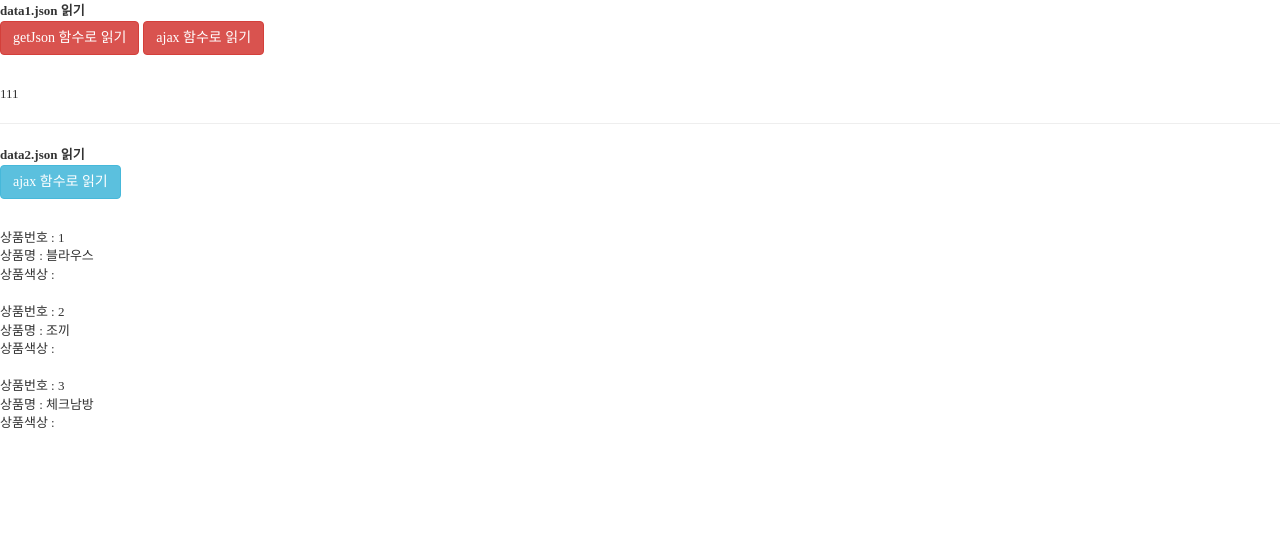
Repository: Juheekim1207/Javawork
Page: WebProjectEx1/src/main/webapp/day0419/Ex1ReadJson.html
The author's editor kept a copy of each file at every save. The page is drawn from the files as they stood at one save, then again after the next save.
The browser window is 1280 px wide. The pictures show the whole page.
After loading, the first visible `#btn3` was clicked once.
Some web fonts or font styles are not loaded; a fallback is used.

Above is the page before, as saved 2022-04-19 05:13:42.

### WebProjectEx1/src/main/webapp/day0419/Ex1ReadJson.html
<!DOCTYPE html>
<html>
<head>
<meta charset="UTF-8">
<title>Insert title here</title>
<link rel="stylesheet" href="https://maxcdn.bootstrapcdn.com/bootstrap/3.4.1/css/bootstrap.min.css">
<script src="https://code.jquery.com/jquery-3.5.0.js"></script>
<link href="https://fonts.googleapis.com/css2?family=Gamja+Flower&family=Jua&family=Lobster&family=Nanum+Brush+Script&display=swap" rel="stylesheet">

<style type="text/css">
	body * {
	font-size: 1.3rem;
	font-family: 'Jua';
	}
</style>
<script type="text/javascript">
	$(function() {
		$("#btn1").click(function(){
			$.getJSON("data1.json", function(data) {
				var s = "이름 : " + data.name + "<br>";
					s +=  "주소 : " + data.addr + "<br>";
					$("#out1").html(s);
			});
		});

		$("#btn2").click(function(){
			$.ajax({
				type:"get",
				url:"data1.json",
				dataType:"json",
				success:function(data){
					var s = "Name : " + data.name + "<br>";
						s +=  "Address : " + data.addr + "<br>";
						$("#out1").html(s);
				}
			});
		});

		$("#btn3").click(function(){
			$.ajax({
				type:"get",
				url:"data2.json",
				dataType:"json",
				success:function(data){
					//alert($(data).length);
					var s = "";
					$.each(data, function(i, elt) {
						s += "<div class='shop'>";
						s += "상품번호 : " + (i+1) + "<br>";
						s += "상품명 : " + elt.sangpum + "<br>";
						s += "상품색상 : <div style='background-color:'" + elt.color + ";'><br>";
						s += "</div>";

						$("#out2").html(s);
					})
				}
			});
		});
	});
</script>
</head>
<body>
<b>data1.json 읽기</b><br>
<button type="button" class="btn btn-danger" id="btn1">getJson 함수로 읽기</button>
<button type="button" class="btn btn-danger" id="btn2">ajax 함수로 읽기</button>
<div id="out1" style="margin-top: 30px;">111</div>
<hr>
<b>data2.json 읽기</b><br>
<button type="button" class="btn btn-info" id="btn3">ajax 함수로 읽기</button>
<div id="out2" style="margin-top: 30px;">222</div>
</body>
</html>

### WebProjectEx1/src/main/webapp/day0419/data2.json
[
	{"sangpum":"블라우스","price":12000,"color":"orange"},
	{"sangpum":"조끼","price":9000,"color":"pink"},
	{"sangpum":"체크남방","price":23000,"color":"cyan"}
]

After the next save:
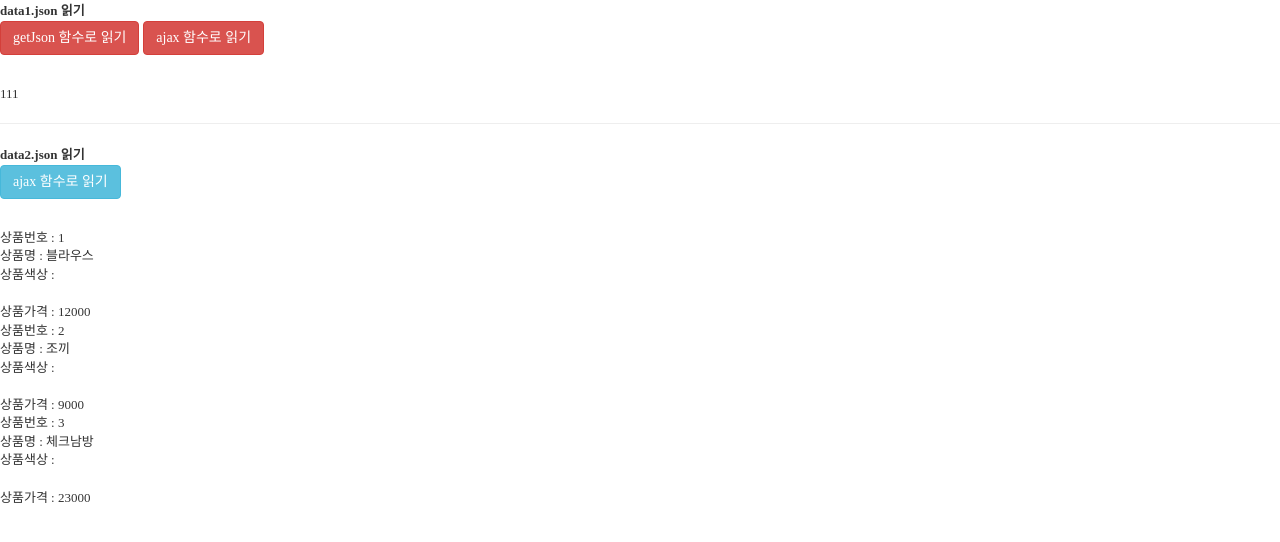
Saved 18 s later.
--- a/WebProjectEx1/src/main/webapp/day0419/Ex1ReadJson.html
+++ b/WebProjectEx1/src/main/webapp/day0419/Ex1ReadJson.html
@@ -49,6 +49,7 @@
 						s += "상품번호 : " + (i+1) + "<br>";
 						s += "상품명 : " + elt.sangpum + "<br>";
 						s += "상품색상 : <div style='background-color:'" + elt.color + ";'><br>";
+						s += "상품가격 : " + elt.price;
 						s += "</div>";
 
 						$("#out2").html(s);
